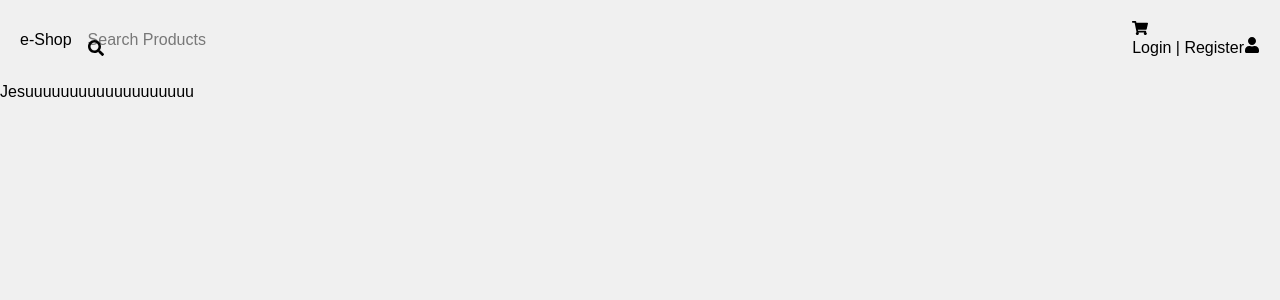
Repository: EmmyDunny1/frontend-ecommerce
Page: /
The author's editor kept a copy of each file at every save. The page is drawn from the files as they stood at one save, then again after the next save.
The browser window is 1280 px wide. The pictures show the whole page.
The project was rebuilt for these pictures with package versions that can differ from the ones it lists, and the page was loaded fresh each time. Also part of the build but not shown: vite.config.js.

Above is the page before, as saved 2025-05-08 21:58:09.

After the next save:
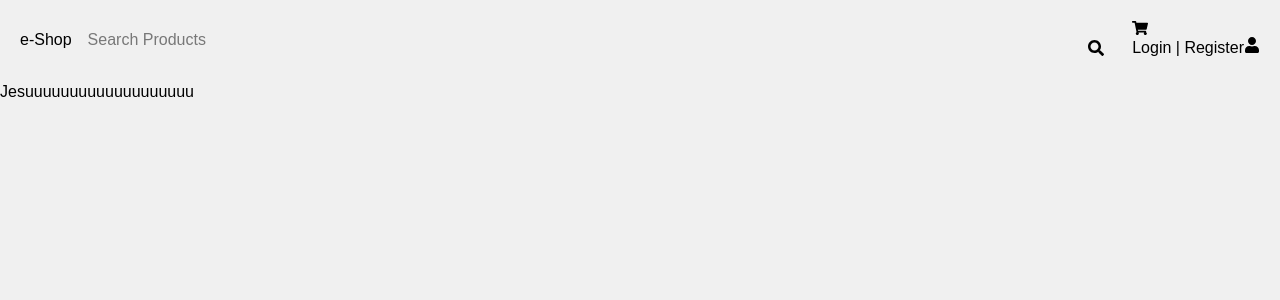
Saved 4 s later.
--- a/src/components/Navbar.jsx
+++ b/src/components/Navbar.jsx
@@ -12,7 +12,7 @@ const Navbar = () => {
         <div className='relative flex-1 mx-4'>
           <form>
             <input type="text" placeholder='Search Products' />
-            <FaSearch className='absolute top-3 right'/>
+            <FaSearch className='absolute top-3 right-3'/>
           </form>
         </div>
         <div>
